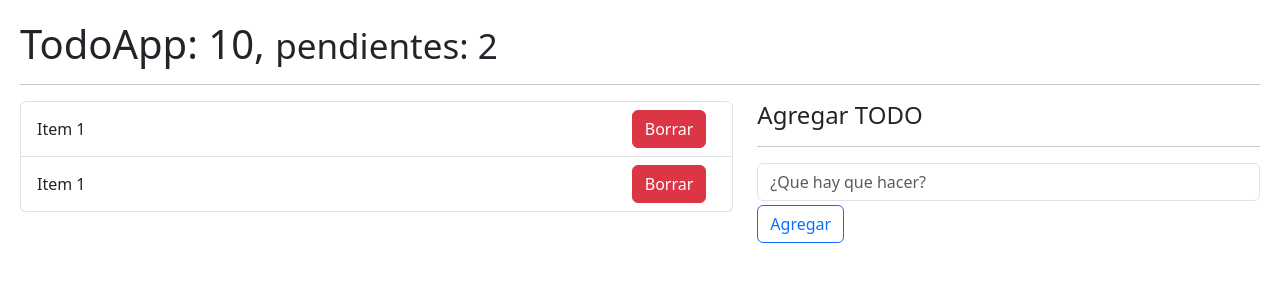
Repository: bryanesteban/hooks-App
Page: /
An editor plug-in stored every save of this project. The page is shown before and after the next save, followed by the edit.
The browser window is 1280 px wide. The pictures show the whole page.
The project was rebuilt for these pictures with package versions that can differ from the ones it lists, and the page was loaded fresh each time. Also part of the build but not shown: vite.config.js, src/HooksApp.jsx, src/01-useState/CounterApp.jsx, src/hooks/useCounter.jsx, src/01-useState/CounterWithCustomHook.jsx, src/02-useEffect/Message.jsx, src/02-useEffect/SimpleForm.jsx, src/hooks/useForm.js and 12 more.

Above is the page before, as saved 2024-08-16 15:48:55.

After the next save:
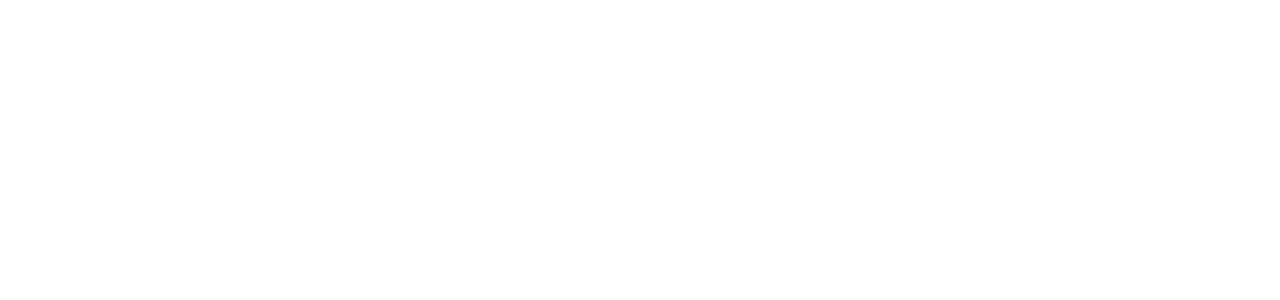
Console error: ReferenceError: state is not defined
Saved 22 s later.
--- a/src/08-useReducer/TodoApp.jsx
+++ b/src/08-useReducer/TodoApp.jsx
@@ -1,5 +1,6 @@
 import React, { useReducer } from 'react'
 import { todoReducer } from './todoReducer';
+import { TodoList } from './TodoList';
 
 export const TodoApp = () => {
 
@@ -26,18 +27,7 @@
 
         <div className="row">
             <div className="col-7">
-                <ul className="list-group">
-                    {
-                        state.map(todo => (
-
-                        <li key ={ todo.id} className="list-group-item d-flex justify-content-between">
-                            <span className="align-self-center">Item 1</span>
-                            <button className="btn btn-danger ">Borrar</button>
-                        </li>
-                        ))
-                    }
-
-                </ul>
+                <TodoList/>
             </div>
             <div className="col-5">
                 <h4>Agregar TODO</h4>

After the 3 saves that followed:
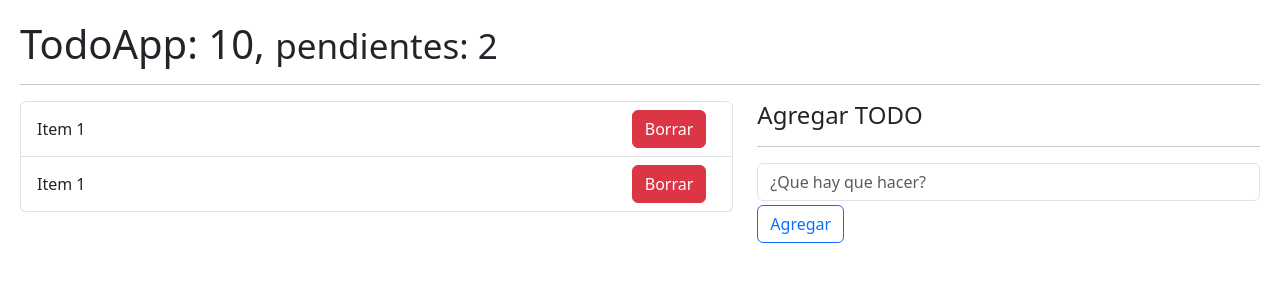
The error is gone.
The 3 saves are shown as one change because 2 left the picture as it was.
The last was saved 61 s later.
--- a/src/08-useReducer/TodoApp.jsx
+++ b/src/08-useReducer/TodoApp.jsx
@@ -27,7 +27,7 @@
 
         <div className="row">
             <div className="col-7">
-                <TodoList/>
+                <TodoList state={state}/>
             </div>
             <div className="col-5">
                 <h4>Agregar TODO</h4>
--- a/src/08-useReducer/TodoList.jsx
+++ b/src/08-useReducer/TodoList.jsx
@@ -1,6 +1,6 @@
 import React from 'react'
 
-export const TodoList = () => {
+export const TodoList = ({state}) => {
   return (
     <ul className="list-group">
         {
